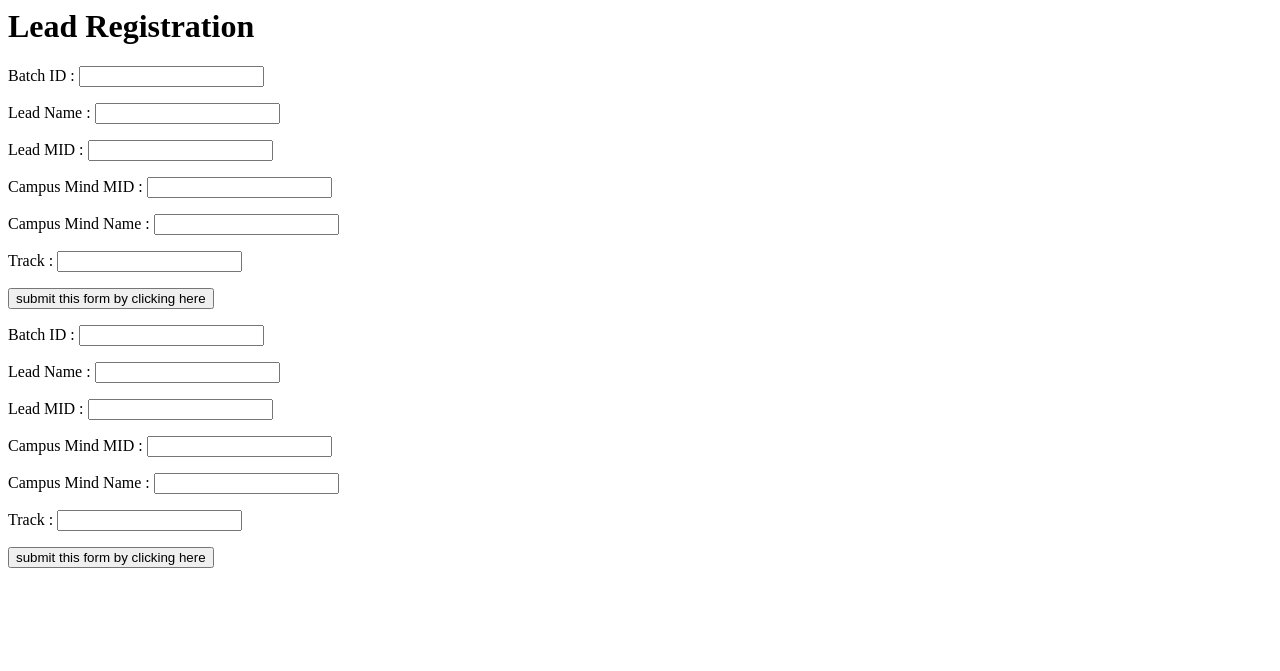
Repository: nikhilbalyan/EAI_BPM_ALL_Projects
Page: http://localhost/Spring_MVC_Hibernate/WEB-INF/pages/RegisterLead.jsp
An editor plug-in stored every save of this project. The page is shown before and after the next save, followed by the edit.
The browser window is 1280 px wide. The pictures show the whole page.
The page is served by Tomcat 9. Nobody is signed in. The template is opened directly, without the code that normally fills it, so the values that code supplies are empty.

Above is the page before, as saved 2017-12-19 06:26:08.

After the next save:
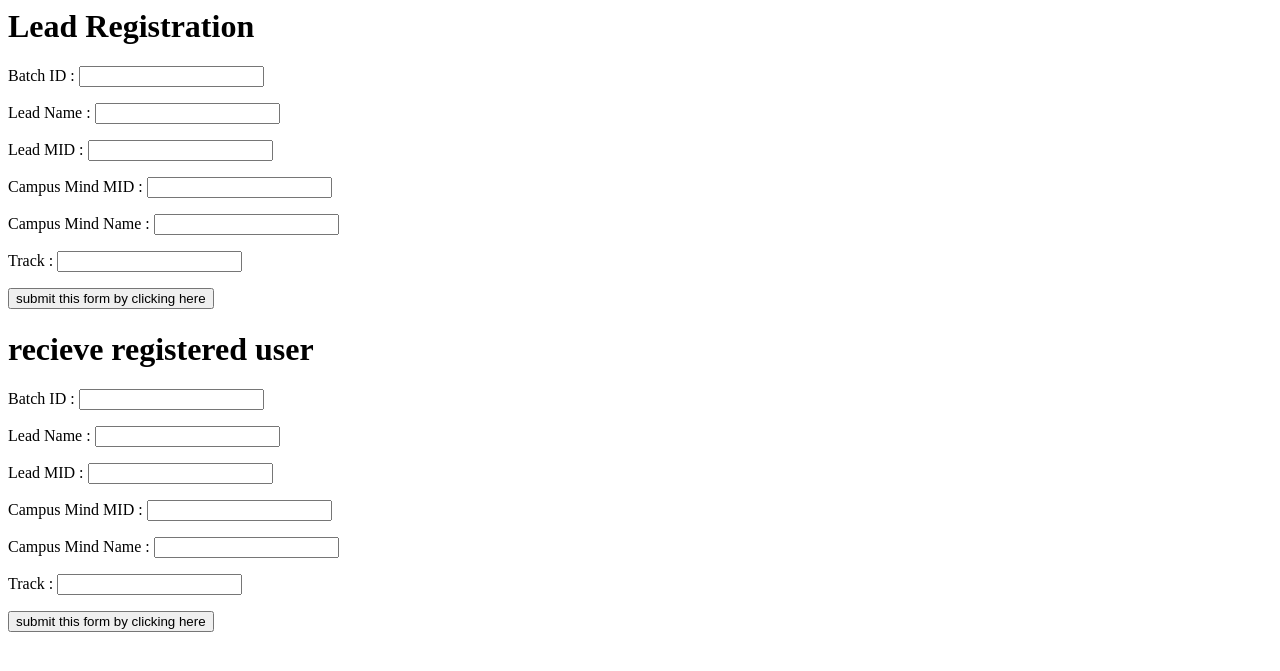
Saved 50 s later.
--- a/Spring_MVC_Hibernate/WebContent/WEB-INF/pages/RegisterLead.jsp
+++ b/Spring_MVC_Hibernate/WebContent/WEB-INF/pages/RegisterLead.jsp
@@ -38,6 +38,7 @@
 		<input type="submit" value="submit this form by clicking here" />
 	</form>
 
+	<h1>recieve registered user</h1>
 	<!-- second form is here -->
 	<form action="/Spring_MVC_Hibernate/controller/RegisterUser"
 		method="post">
